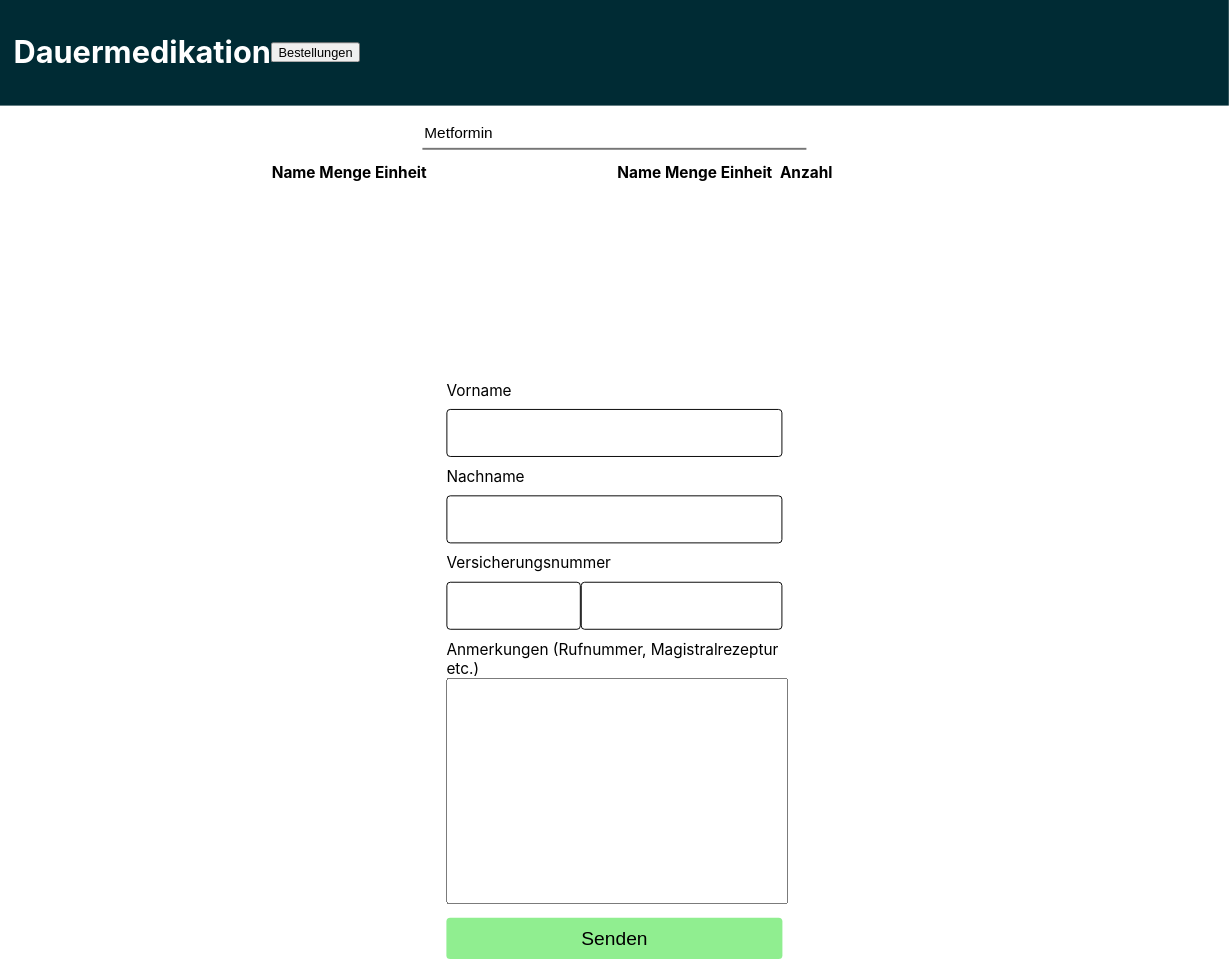
Repository: Esatollah/MedDemo
Page: / (app in client/)
These files come from the project's save history. The page is drawn as it stood at one moment and after the next save; the edit follows.
The browser window is 1280 px wide. The pictures show the whole page, at 96% of full size.
The page's requests for data from a server got no answer. The project was rebuilt for these pictures with package versions that can differ from the ones it lists, and the page was loaded fresh each time. No one was signed in, and anything a server would have sent is missing. Also part of the build but not shown: client/src/Routes/Bestellungen.jsx.

Above is the page before, as saved 2022-06-10 18:15:45.

### client/src/App.js
import SearchBar from './Routes/Search';
import {BrowserRouter, Routes, Route} from 'react-router-dom'
import Bestellungen from './Routes/Bestellungen';
import ReactModal from 'react-modal';

ReactModal.setAppElement('#root')

function App() {
  return (
    <BrowserRouter>
    <Routes>
      <Route path='/' element={<div><SearchBar/></div>}/>
      <Route path='/bestellungen' element={<div><Bestellungen/></div>}/>
    </Routes>
    </BrowserRouter>
  );
}

export default App;

### client/src/Routes/Search.jsx
import React, { useState, useEffect } from 'react'
import DrugAPI from '../api/DrugAPI';
import Form from '../components/Form';
import Navbar from '../components/Navbar';
import { SearchWrap } from '../Styles/SearchStyles';


const Search = () => {

  const [searchinput, setSearchinput] = useState("Metformin");
  const [drugs, setDrugs] = useState([]);
  const [cartitems, setCartitems] = useState([]);

  useEffect(() => {
    const fetchData = async () => {
      try {
        const result = await DrugAPI.get(`/?drugsearch=${searchinput}`)
        setDrugs(result.data.meds)
      } catch (err) {
        console.error(err);
      }
    }

    fetchData();

  }, [searchinput])

  const handleDrugClick = (e, x) => {
    const is_in_cart = cartitems.some(y => {
      if (y.id === x.id) {
        return true;
      }

      return false;
    })

    if (is_in_cart) {
      return
    }
    let temp = { ...x, anzahl: "1" }
    setCartitems([...cartitems, temp]);
  }

  const handleDelete = (e, x, index) => {
    let temp = [...cartitems]

    temp.splice(index, 1);

    setCartitems(temp);
  }

  const handleCountchange = (e, x, index) => {
    let temps = [...cartitems]
    let temp = {
      ...temps[index],
      anzahl: e.target.value
    }
    temps[index] = temp
    setCartitems(temps);

  }


  return (
    <>
      <Navbar route="/Bestellungen" title="Dauermedikation"/>
        <SearchWrap>

          <input type="search" placeholder="Suche" id="search" value={searchinput} onChange={e => setSearchinput(e.target.value)} />
          <div className='search-container'>
            <div className='table-container'>
              <table className='drugtable'>
                <thead>
                  <tr>
                    <th scope='col'>
                      Name
                    </th>
                    <th scope='col'>Menge</th>
                    <th scope='col'>Einheit</th>
                    <th scope='col'></th>
                  </tr>
                </thead>
                <tbody>
                  {drugs && drugs.map((x) => {
                    return (
                      <tr key={x.id} className="drug-row" >
                        <td className={x.name}>{x.name}</td>
                        <td>{x.menge}</td>
                        <td>{x.mengenart}</td>
                        <td><button onClick={(e) => { handleDrugClick(e, x) }}>+</ button></td>
                      </tr>
                    )
                  })}
                </tbody>

              </table>
            </div>

            <div className='cart-container'>
              <table>
                <thead>
                  <tr>
                    <th scope='col'>
                      Name
                    </th>
                    <th scope='col'>Menge</th>
                    <th scope='col'>Einheit</th>
                    <th scope='col'></th>
                    <th scope='col'>Anzahl</th>
                  </tr>
                </thead>
                <tbody>
                  {cartitems && cartitems.map((x, index) => {
                    if (x.abgabezahl) {
                      return (
                        <tr key={index} className="drug-row" >
                          <td>{x.name}</td>
                          <td>{x.menge}</td>
                          <td>{x.mengenart}</td>
                          <td><button onClick={(e) => handleDelete(e, x, index)}>-</button></td>
                          <td><select onChange={(e) => { handleCountchange(e, x, index) }}><option value="1">1</option><option value="2">2</option></select></td>
                        </tr>
                      )
                    }
                    return (
                      <tr key={index} className="drug-row" >
                        <td>{x.name}</td>
                        <td>{x.menge}</td>
                        <td>{x.mengenart}</td>
                        <td><button onClick={(e) => handleDelete(e, x, index)}>-</button></td>
                        <td>1</td>
                      </tr>
                    )
                  })}
                </tbody>
              </ table>
            </div>
          </div>
        </SearchWrap>

      <Form cartitems={cartitems} setCartitems={setCartitems} />
    </>
  )
}

export default Search

### client/src/api/DrugAPI.js
import axios from 'axios'

export default axios.create({
    baseURL: "http://localhost:5000/api"
})

### client/src/components/Form.jsx
import React, {useState}from 'react'
import DrugAPI from '../api/DrugAPI'
import { FormWrap } from '../Styles/FormStyles';
const Form = props => {

    const [fname, setFname] = useState('');
    const [lname, setLname] = useState('');
    const [vpin, setVpin] = useState('');
    const [vbday, setVbday] = useState('');
    const [anmerkungen, setAnmerkungen] = useState('');

    const handleSubmit = (e) => {

        e.preventDefault();
        const formdata = {
            fname,
            lname,
            vpin,
            vbday,
            anmerkungen
        }

        const fetchData = async () =>{
            try {
            await DrugAPI.post("/", {drugs:{...props.cartitems}, ...formdata})
            } catch (error) {
                console.error(error);
            }
    }

    fetchData();

    setFname('');setLname('');setVpin('');setVbday('');setAnmerkungen('');
    props.setCartitems([]);

}


  return (
    <FormWrap>
        <form onSubmit={(e) =>handleSubmit(e)}>
            <label htmlFor="fname">Vorname</label><br />
            <input className="Names"type="text" value={fname} id="fname" name="fname" onChange={(e)=> setFname(e.target.value)}required/><br/>
            <label htmlFor="lname">Nachname</label><br />
            <input className="Names"type="text" id="lname" value={lname} onChange={(e) => setLname(e.target.value)}name="lname" required /><br/>
            <label htmlFor="pin">Versicherungsnummer  </label> <br/>
            <input className="insurance" type="text" id="pin" value={vpin}
            onChange={(e) => setVpin(e.target.value)} name="pin" pattern="[0-9]+" size="4" minLength="4"maxLength="4" required/>
            <input className="insurance" type="text" id="bday" value={vbday}
            onChange={(e) => setVbday(e.target.value)} name="bday" size="6" minLength={6} maxLength={6}
            pattern="[0-9]+" required/> <br/>
            <label htmlFor="anmerkungen" >Anmerkungen (Rufnummer, Magistralrezeptur etc.)</label> <br/>
            <textarea id="anmerkungen"value={anmerkungen} onChange={(e) => setAnmerkungen(e.target.value)} name="message" rows="10" cols="30" className='textarea'>
            </textarea> <br/>
            <input type="submit" value="Senden" ></input><br />
        </form>
    </FormWrap>

  )
}

export default Form

### client/src/components/Navbar.jsx
import React from 'react'
import { NavWrap } from '../Styles/NavbarStyles'
const Navbar = (props) => {


  return (
    <NavWrap>
      <h1>{props.title}</h1>
        <input type="button" value={props.title === "Dauermedikation" ? "Bestellungen" : "Dauermedikation"} />
    </NavWrap>
  )
}

export default Navbar

### client/src/Styles/SearchStyles.js
import styled from 'styled-components';

export const SearchWrap = styled.div`

    display: flex;
    flex-direction: column;
    align-items: center;
             margin: auto;

    @media(min-width: 1000px) {
             width: 1000px;

         }

    #search {
    width:50%;
    height: 2rem;
    outline:none;
    border-top: hidden;
    border-right: hidden;
    border-left: hidden;
    font-size: 1rem;@media(min-width: 1000px) {
             width: 40%;
         }
    margin-bottom: 10px;
}

.table-container {
    max-height: 200px;
    max-width: 80%;
    overflow-y: auto;
}


.drug-row:hover {
    background-color: beige;
}

.drugtable tbody tr {
border: 1px;
}

.search-container {
    width: 90%;

    @media(min-width: 1000px) {
        display:flex;
        flex-direction: row;
        justify-content: center;
    }

    .table-container {
        width :100%;
        height: 250px;
        display:flex;
         @media(min-width: 1000px) {
             width: 40%;
             display:flex;
             height: 400px;
         }
    }

    .cart-container {
        width: 100%;
        display:flex;
        @media(min-width: 1000px) {
             width: 40%;
             display:flex;
         }
    }
}

td {
    padding:5px;
}

`;

### client/src/Styles/FormStyles.js
import styled from 'styled-components';

export const FormWrap = styled.div`
    display:flex;
    margin:auto;
    max-width:350px;
    margin-top: 20px;
    padding:10px;

    .Names {
        display:inline-block;
        width: 100%;
        padding: 10px;
        box-sizing: border-box;
        border-radius: 4px;
        border: .5px solid;
        margin: 10px 0;
        font-size: 1.5rem;
    }
    input[type=submit] {
        width: 100%;
        padding: 10px;
        margin:10px 0;
        border-radius: 4px;
        border: none;
        background: lightgreen;
        font-size:20px
    }
    .insurance {
        padding: 10px;
        box-sizing: border-box;
        border-radius: 4px;
        border: .5px solid;
        margin: 10px 0;
        font-size:1.5rem;
    }
    #pin {
        width:40%;
    }
    #bday {
        width:60%;
    }

    textarea {
        width: 100%;
        resize:none;
        font-size: 1.25rem;
        font-family: sans-serif
    }
`;

### client/src/Styles/NavbarStyles.js
import styled from "styled-components"

export const NavWrap = styled.div`
    width:100%;
    padding: 14px 0;
    background-color: #002b34;
    margin-bottom: 14px;
    display:flex;
    align-items: center;
    h1 {
        margin-left: 14px;
        color: #fff;
    }

    div {
    margin-left: auto;
    display:inline-block;
    padding:0.35em 1.2em;
    border:0.1em solid #FFFFFF;
    border-radius:0.12em;
    box-sizing: border-box;
    text-decoration:none;
    font-family:'Roboto',sans-serif;
    font-weight:300;
    color:#FFFFFF;
    text-align:center;
    transition: all 0.2s;
}
`;

Loaded but not shown: client/public/index.html (common file); client/src/index.js (common file); client/src/index.css (common file)

After the next save:
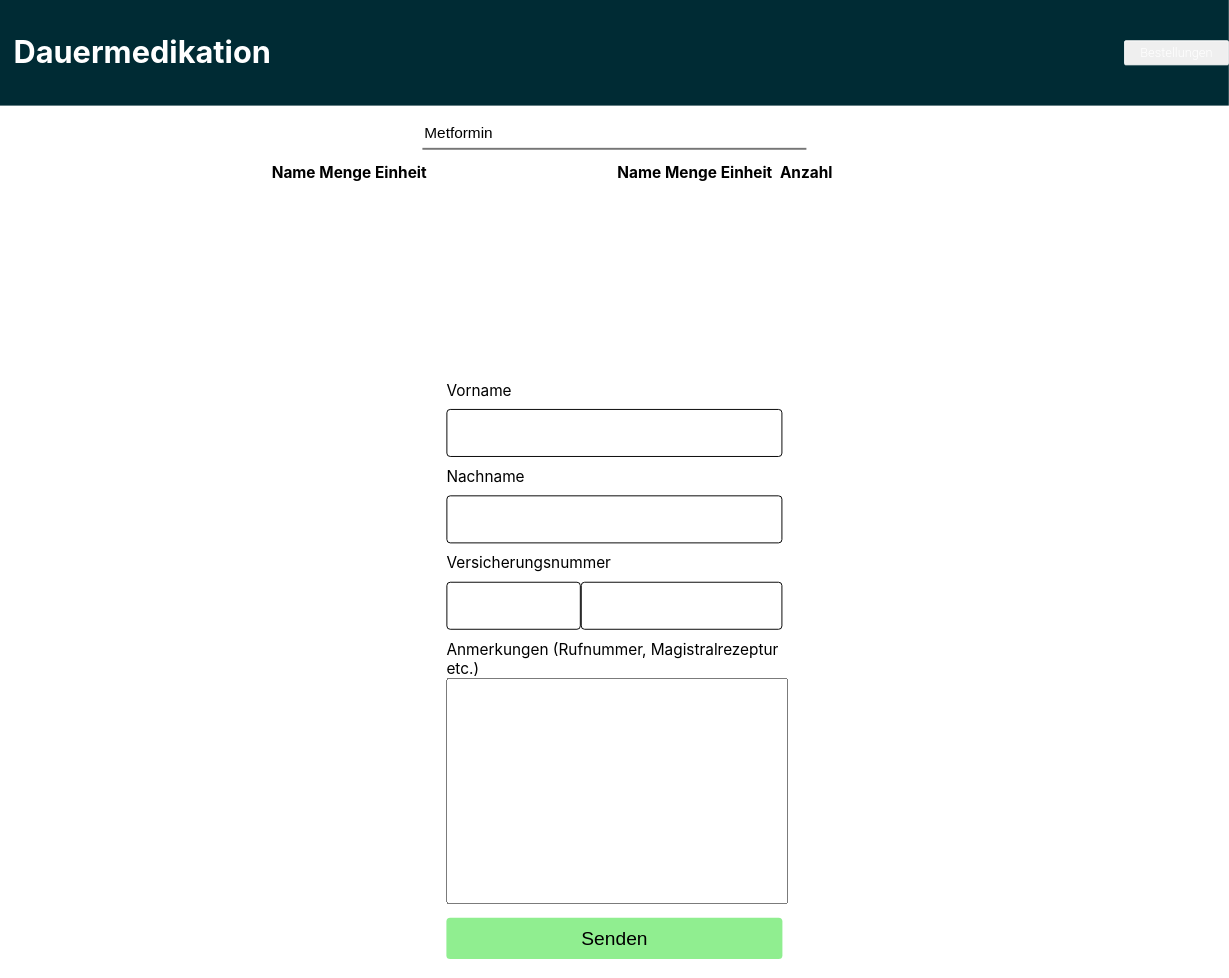
Saved 9 s later.
--- a/client/src/Styles/NavbarStyles.js
+++ b/client/src/Styles/NavbarStyles.js
@@ -12,7 +12,7 @@ export const NavWrap = styled.div`
         color: #fff;
     }
 
-    div {
+     input {
     margin-left: auto;
     display:inline-block;
     padding:0.35em 1.2em;
